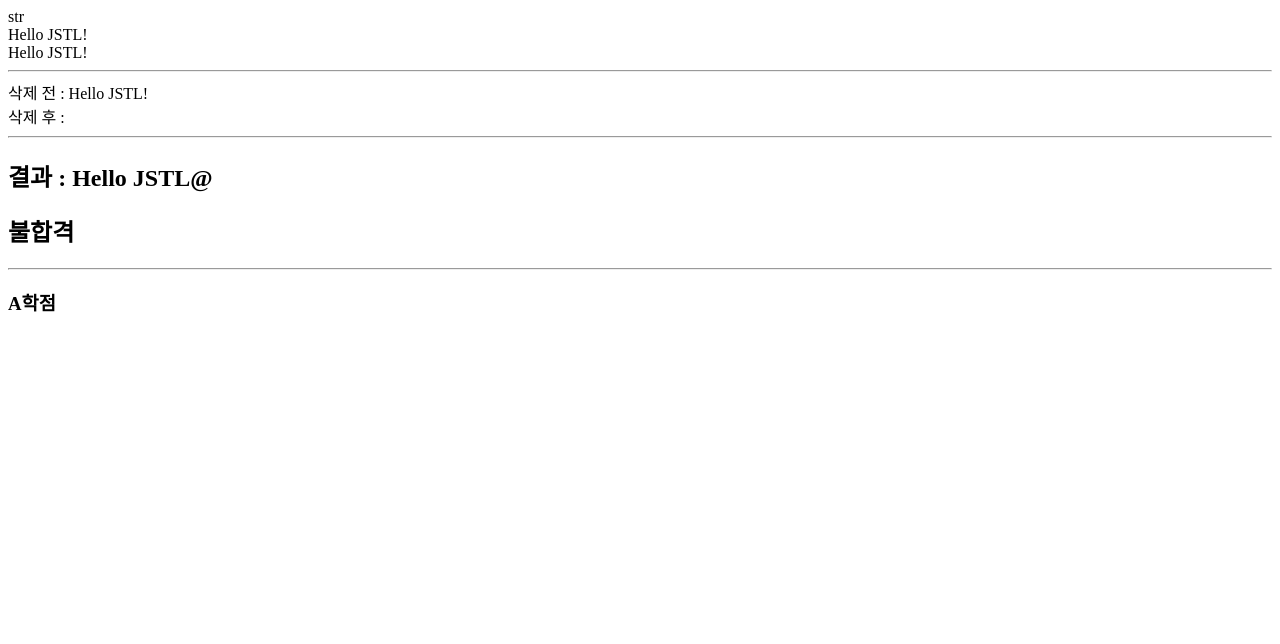
Repository: wjsjsn/23_jspstudy
Page: http://localhost/02_jsp/view/ex13_JSTL.jsp
The author's editor kept a copy of each file at every save. The page is drawn from the files as they stood at one save, then again after the next save.
The browser window is 1280 px wide. The pictures show the whole page.
The page is served by Tomcat 9.

Above is the page before, as saved 2023-07-06 00:45:45.

After the next save:
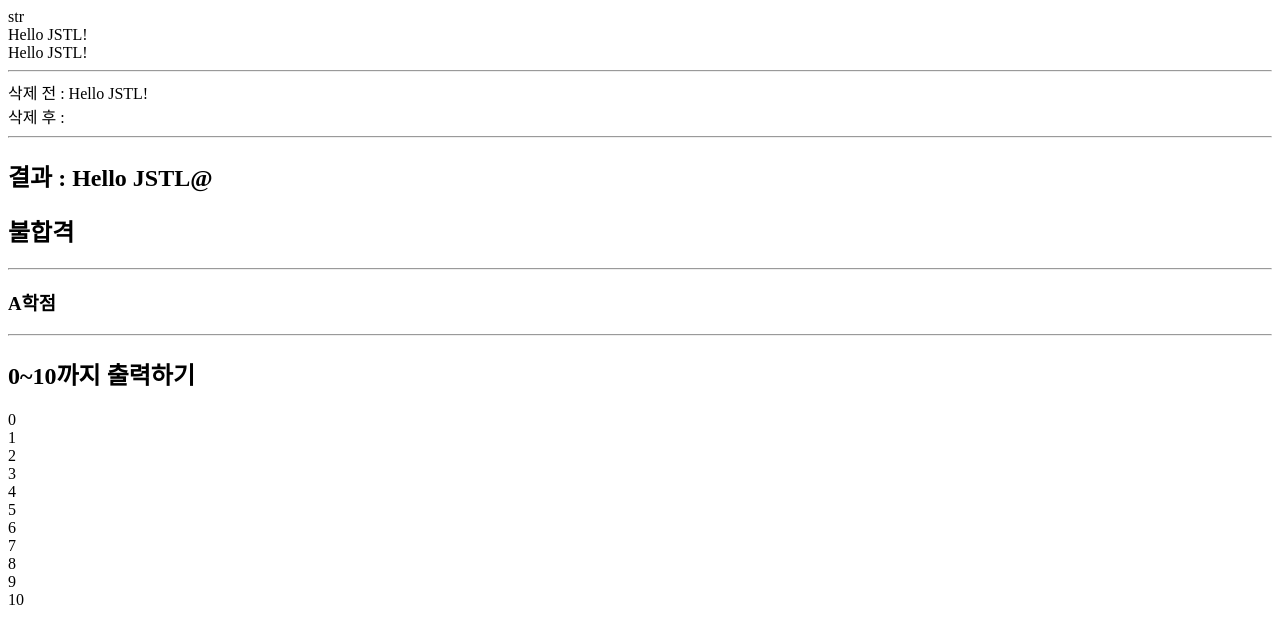
Saved 12 min 57 s later.
--- a/02_jsp/src/main/webapp/view/ex13_JSTL.jsp
+++ b/02_jsp/src/main/webapp/view/ex13_JSTL.jsp
@@ -83,5 +83,24 @@
  		<c:otherwise>F학점</c:otherwise>
  	</c:choose>
  	</h3>
+ 	<hr>
+ 	<%--
+ 		for문
+ 		1. 일반적인 for문
+		 	 <c:forEach begin="시작값" end="끝값" step="증가/감소 단계"
+		 		 var="변수 이름" varStatus="변수 상태값(index값)">
+		 	 			반복 내용 ${변수 이름}
+		 	 </c:forEach>
+
+ 	 2. 개선된 for문
+		 	 <c:forEach var="변수 이름" items="${배열 또는 컬렉션}" varStatus="변수 상태값(index값)">
+		 	 		반복 내용 ${변수 이름}
+		 	 </c:forEach>
+ 	 --%>
+
+ 	 <h2>0~10까지 출력하기</h2>
+ 	 <c:forEach begin="0" end="10" step="1" var="k">
+ 	 		${k} <br>
+ 	 </c:forEach>
 </body>
 </html>
